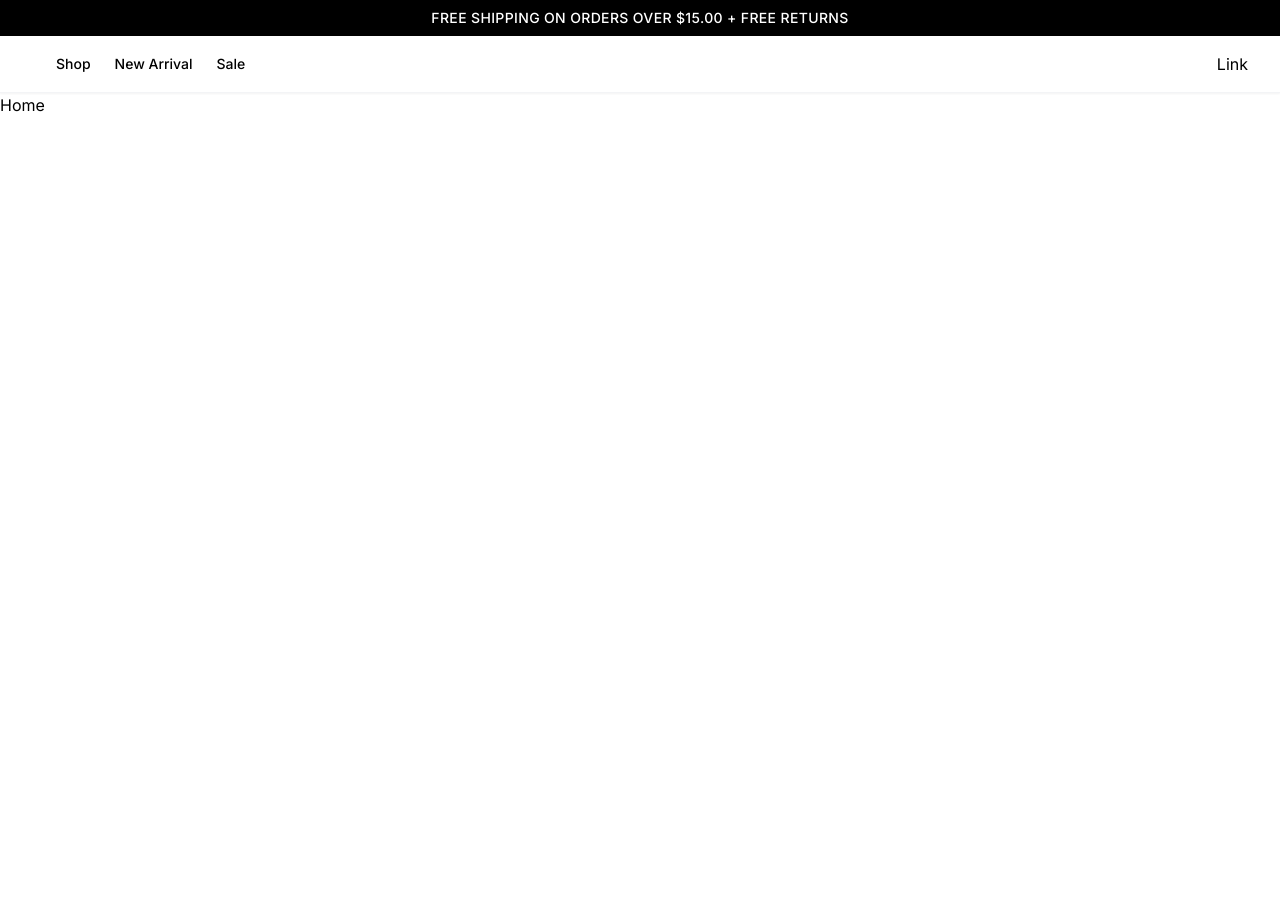
Repository: DiwanMalla/TEMU_CLONE
Page: /
These files come from the project's save history. The page is drawn as it stood at one moment and after the next save; the edit follows.
The browser window is 1280 px wide. The pictures show the whole page.
The project was rebuilt for these pictures with package versions that can differ from the ones it lists, and the page was loaded fresh each time. The framework's server and built-in components were replaced by stand-ins that run in the browser. Also part of the build but not shown: next.config.ts.

Above is the page before, as saved 2025-01-20 22:32:31.

After the next save:
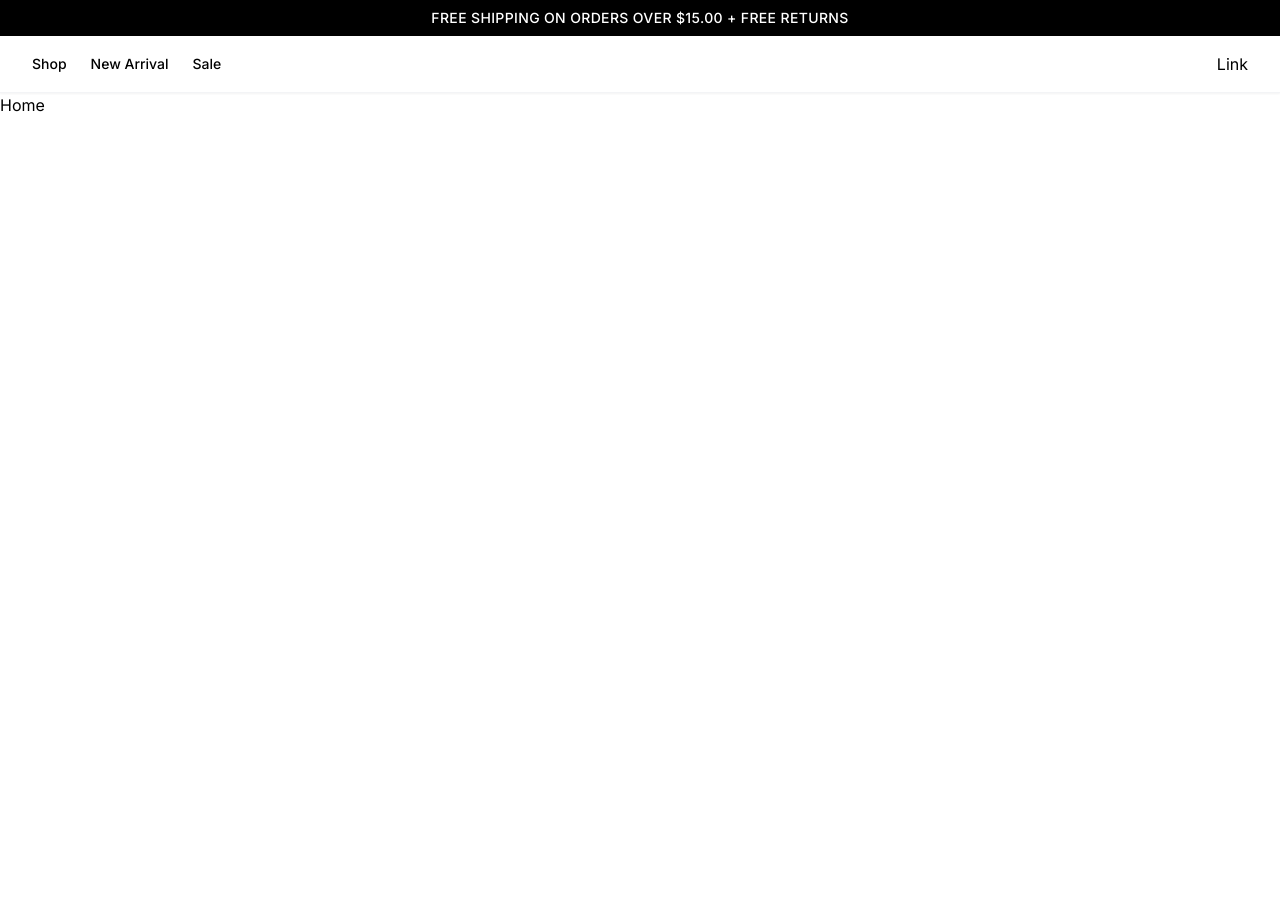
Saved 33 s later.
--- a/components/layout/Header.tsx
+++ b/components/layout/Header.tsx
@@ -44,7 +44,7 @@ const Header = () => {
         <div className="w-full flex justify-between items-center py-3 sm:py-4 bg-white/80 shadow-sm border-b border-gray-100 backdrop-blur-sm">
           <div className="flex justify-between items-center container mx-auto px-8">
             <div className="flex flex-1 justify-start items-center gap-4 sm:gap-6">
-              <button className="text-gray-700">
+              <button className="text-gray-700 hover:text-gray-900 md:hidden">
                 <svg
                   xmlns="http://www.w3.org/2000/svg"
                   className="h-5 w-5 sm:h-6 sm:w-6 block lg:hidden"
